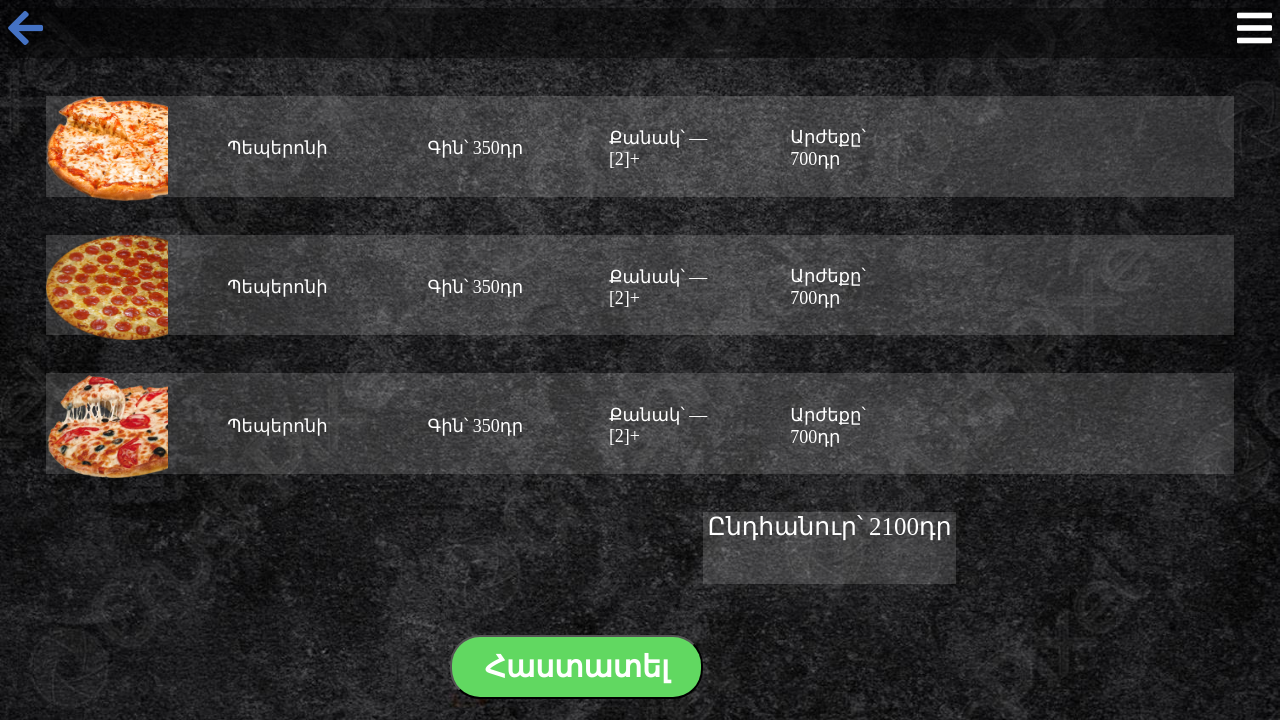
Repository: NarekTovmasyan/PizzaManue
Page: public/basket.html
An editor plug-in stored every save of this project. The page is shown before and after the next save, followed by the edit.
The browser window is 1280 px wide. The pictures show the whole page.

Above is the page before, as saved 2022-01-20 16:00:12.

After the next save:
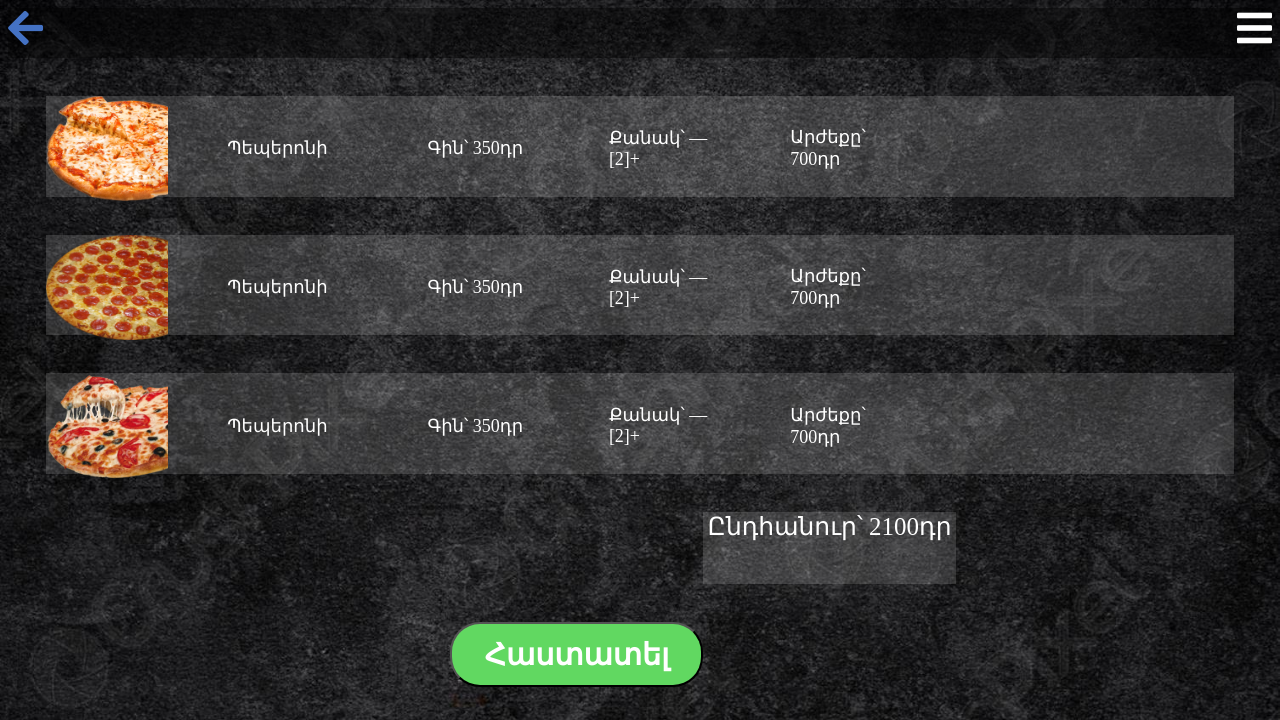
Saved 60 s later.
--- a/public/basket.css
+++ b/public/basket.css
@@ -61,7 +61,7 @@ body {
     font-size: 30px;
     font-weight: 700;
     margin-left:35%;
-    margin-top: 4%;
+    margin-top: 3%;
     color:white;
     cursor: pointer;
 }
